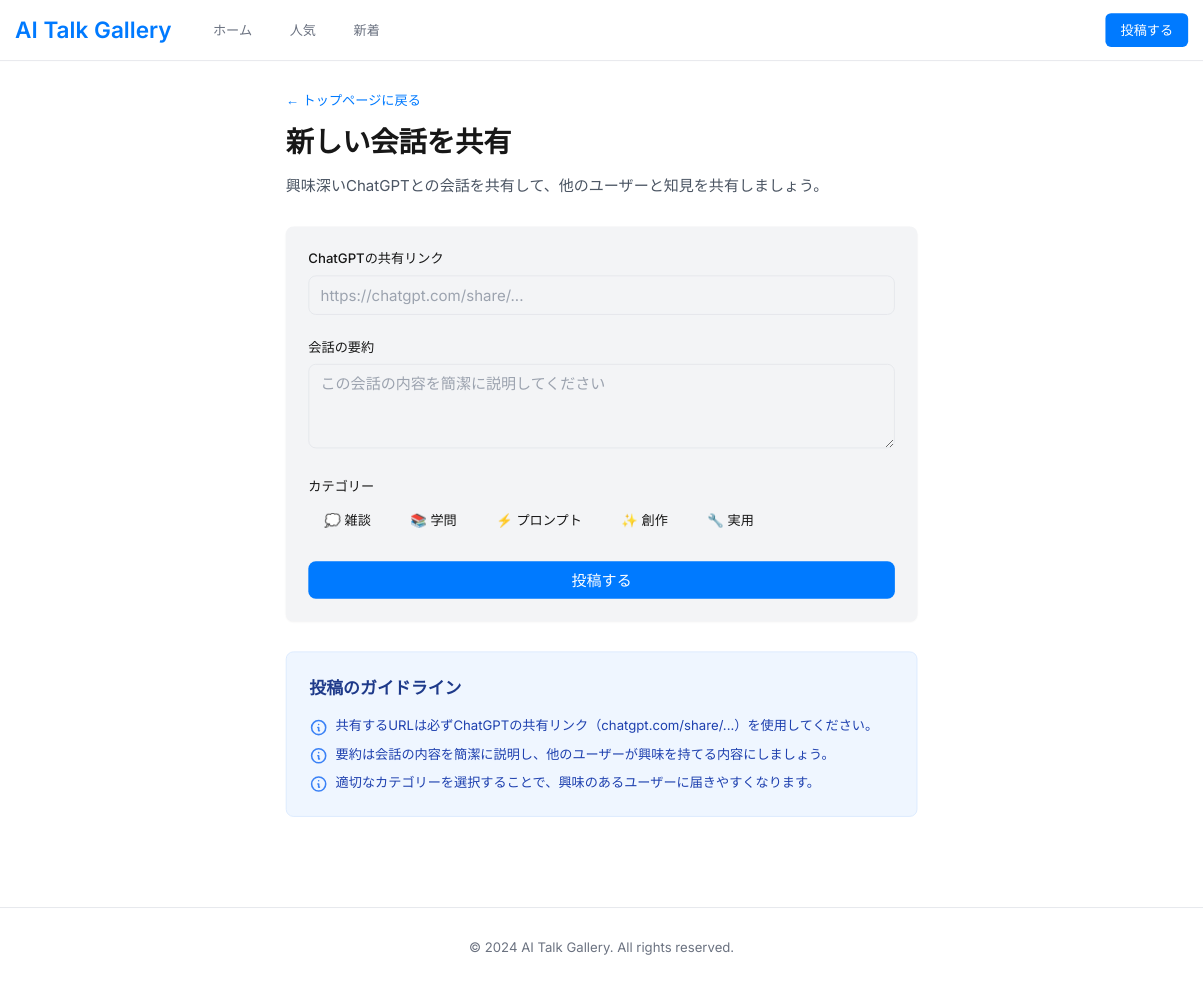
Repository: hayakawa1/ai-talk-gallery
Page: /posts/new
The author's editor kept a copy of each file at every save. The page is drawn from the files as they stood at one save, then again after the next save.
The browser window is 1280 px wide. The pictures show the whole page, at 94% of full size.
The project was rebuilt for these pictures with package versions that can differ from the ones it lists, and the page was loaded fresh each time. The framework's server and built-in components were replaced by stand-ins that run in the browser. Also part of the build but not shown: next.config.ts, src/components/category-filter.tsx, src/components/ui/toast.tsx.

Above is the page before, as saved 2024-12-17 02:19:36.

### src/app/layout.tsx
import './globals.css'
import type { Metadata } from 'next'
import { Inter } from 'next/font/google'
import { HeaderNav } from '@/components/header-nav'
import Link from 'next/link'

const inter = Inter({
  subsets: ['latin'],
  display: 'swap',
})

export const metadata: Metadata = {
  title: 'AI Talk Gallery',
  description: 'Share interesting AI conversations',
}

export default function RootLayout({
  children,
}: {
  children: React.ReactNode
}) {
  return (
    <html lang="ja">
      <body className={inter.className}>
        <div className="min-h-screen bg-white">
          <header className="sticky top-0 z-40 w-full border-b bg-white/95 backdrop-blur supports-[backdrop-filter]:bg-white/60">
            <div className="container mx-auto flex h-16 items-center justify-between px-4">
              <div className="flex items-center gap-8">
                <Link href="/" className="text-2xl font-semibold text-accent">
                  AI Talk Gallery
                </Link>
                <HeaderNav />
              </div>
              <div className="flex items-center gap-4">
                <Link
                  href="/posts/new"
                  className="inline-flex items-center justify-center rounded-md bg-accent px-4 py-2 text-sm font-medium text-white hover:bg-accent/90"
                >
                  投稿する
                </Link>
              </div>
            </div>
          </header>
          <main>
            {children}
          </main>
          <footer className="border-t py-8 mt-16">
            <div className="container mx-auto px-4 text-center text-sm text-gray-500">
              <p>© 2024 AI Talk Gallery. All rights reserved.</p>
            </div>
          </footer>
        </div>
      </body>
    </html>
  )
}

### src/app/posts/new/page.tsx
import Link from "next/link"
import { PostForm } from "@/components/post-form"

export default function NewPostPage() {
  return (
    <div className="container py-8">
      <div className="max-w-2xl mx-auto">
        {/* ヘッダー */}
        <div className="mb-8">
          <div className="flex items-center gap-2 text-sm text-gray-500 mb-4">
            <Link href="/" className="text-accent hover:underline">
              ← トップページに戻る
            </Link>
          </div>
          <h1 className="text-3xl font-bold mb-4">新しい会話を共有</h1>
          <p className="text-gray-600">
            興味深いChatGPTとの会話を共有して、他のユーザーと知見を共有しましょう。
          </p>
        </div>

        {/* フォーム */}
        <div className="bg-card rounded-lg p-6 shadow-sm">
          <PostForm />
        </div>

        {/* ガイドライン */}
        <div className="mt-8 bg-blue-50 border border-blue-100 rounded-lg p-6">
          <h2 className="text-lg font-semibold mb-4 text-blue-900">投稿のガイドライン</h2>
          <ul className="space-y-2 text-sm text-blue-800">
            <li className="flex items-start gap-2">
              <svg className="w-5 h-5 text-blue-500 mt-0.5 flex-shrink-0" fill="none" stroke="currentColor" viewBox="0 0 24 24">
                <path strokeLinecap="round" strokeLinejoin="round" strokeWidth={2} d="M13 16h-1v-4h-1m1-4h.01M21 12a9 9 0 11-18 0 9 9 0 0118 0z" />
              </svg>
              <span>
                共有するURLは必ずChatGPTの共有リンク（chatgpt.com/share/...）を使用してください。
              </span>
            </li>
            <li className="flex items-start gap-2">
              <svg className="w-5 h-5 text-blue-500 mt-0.5 flex-shrink-0" fill="none" stroke="currentColor" viewBox="0 0 24 24">
                <path strokeLinecap="round" strokeLinejoin="round" strokeWidth={2} d="M13 16h-1v-4h-1m1-4h.01M21 12a9 9 0 11-18 0 9 9 0 0118 0z" />
              </svg>
              <span>
                要約は会話の内容を簡潔に説明し、他のユーザーが興味を持てる内容にしましょう。
              </span>
            </li>
            <li className="flex items-start gap-2">
              <svg className="w-5 h-5 text-blue-500 mt-0.5 flex-shrink-0" fill="none" stroke="currentColor" viewBox="0 0 24 24">
                <path strokeLinecap="round" strokeLinejoin="round" strokeWidth={2} d="M13 16h-1v-4h-1m1-4h.01M21 12a9 9 0 11-18 0 9 9 0 0118 0z" />
              </svg>
              <span>
                適切なカテゴリーを選択することで、興味のあるユーザーに届きやすくなります。
              </span>
            </li>
          </ul>
        </div>
      </div>
    </div>
  )
}

### src/app/globals.css
@tailwind base;
@tailwind components;
@tailwind utilities;

:root {
  --header-height: 60px;
}

html {
  @apply h-full;
}

body {
  @apply h-full bg-white text-bolt-elements-textPrimary;
}

#root {
  @apply h-full w-full;
}

### src/components/header-nav.tsx
"use client"

import Link from "next/link"
import { usePathname } from "next/navigation"
import { cn } from "@/lib/utils"

const navigation = [
  { name: "ホーム", href: "/" },
  { name: "人気", href: "/popular" },
  { name: "新着", href: "/latest" },
]

export function HeaderNav() {
  const pathname = usePathname()

  return (
    <nav className="flex items-center space-x-4">
      {navigation.map((item) => (
        <Link
          key={item.name}
          href={item.href}
          className={cn(
            "px-3 py-2 text-sm font-medium rounded-md",
            pathname === item.href
              ? "bg-card text-bolt-elements-textPrimary"
              : "text-gray-500 hover:text-bolt-elements-textPrimary hover:bg-gray-50"
          )}
        >
          {item.name}
        </Link>
      ))}
    </nav>
  )
}

### src/components/post-form.tsx
"use client"

import { useState } from "react"
import { useForm } from "react-hook-form"
import { zodResolver } from "@hookform/resolvers/zod"
import { categories } from "@/components/category-filter"
import { postFormSchema, type PostFormData } from "@/lib/schemas"
import { Toast } from "@/components/ui/toast"

interface ToastState {
  message: string
  type: "success" | "error"
}

export function PostForm() {
  const [isSubmitting, setIsSubmitting] = useState(false)
  const [toast, setToast] = useState<ToastState | null>(null)
  const {
    register,
    handleSubmit,
    formState: { errors },
    reset,
  } = useForm<PostFormData>({
    resolver: zodResolver(postFormSchema),
  })

  const onSubmit = async (data: PostFormData) => {
    setIsSubmitting(true)
    try {
      const response = await fetch("/api/posts", {
        method: "POST",
        headers: {
          "Content-Type": "application/json",
        },
        body: JSON.stringify(data),
      })

      if (!response.ok) {
        throw new Error("投稿の作成に失敗しました")
      }

      reset()
      setToast({
        message: "投稿が完了しました",
        type: "success",
      })
    } catch (error) {
      setToast({
        message: error instanceof Error ? error.message : "投稿に失敗しました",
        type: "error",
      })
      console.error(error)
    } finally {
      setIsSubmitting(false)
    }
  }

  return (
    <>
      <form onSubmit={handleSubmit(onSubmit)} className="space-y-6">
        <div>
          <label htmlFor="url" className="block text-sm font-medium mb-2">
            ChatGPTの共有リンク
          </label>
          <input
            {...register("url")}
            type="url"
            id="url"
            placeholder="https://chatgpt.com/share/..."
            className="w-full px-3 py-2 bg-card rounded-lg border border-zinc-800 focus:outline-none focus:ring-2 focus:ring-accent"
          />
          {errors.url && (
            <p className="mt-1 text-sm text-red-500">{errors.url.message}</p>
          )}
        </div>

        <div>
          <label htmlFor="summary" className="block text-sm font-medium mb-2">
            会話の要約
          </label>
          <textarea
            {...register("summary")}
            id="summary"
            rows={3}
            placeholder="この会話の内容を簡潔に説明してください"
            className="w-full px-3 py-2 bg-card rounded-lg border border-zinc-800 focus:outline-none focus:ring-2 focus:ring-accent"
          />
          {errors.summary && (
            <p className="mt-1 text-sm text-red-500">{errors.summary.message}</p>
          )}
        </div>

        <div>
          <label className="block text-sm font-medium mb-2">カテゴリー</label>
          <div className="flex flex-wrap gap-2">
            {categories.map((category) => (
              <label
                key={category.name}
                className="inline-flex items-center"
              >
                <input
                  {...register("category")}
                  type="radio"
                  value={category.name}
                  className="sr-only"
                />
                <span className={`px-4 py-2 rounded-full text-sm font-medium cursor-pointer flex items-center gap-1 transition-colors ${
                  errors.category
                    ? "border border-red-500"
                    : "border border-transparent hover:bg-gray-50"
                } [&:has(input:checked)]:bg-accent [&:has(input:checked)]:text-white`}>
                  <span>{category.icon}</span>
                  <span>{category.name}</span>
                </span>
              </label>
            ))}
          </div>
          {errors.category && (
            <p className="mt-1 text-sm text-red-500">{errors.category.message}</p>
          )}
        </div>

        <button
          type="submit"
          disabled={isSubmitting}
          className="w-full px-4 py-2 bg-accent text-white rounded-lg hover:bg-accent/90 disabled:opacity-50"
        >
          {isSubmitting ? "投稿中..." : "投稿する"}
        </button>
      </form>
      {toast && (
        <Toast
          message={toast.message}
          type={toast.type}
          onClose={() => setToast(null)}
        />
      )}
    </>
  )
}

### src/lib/utils.ts
import { type ClassValue, clsx } from "clsx"
import { twMerge } from "tailwind-merge"

export function cn(...inputs: ClassValue[]) {
  return twMerge(clsx(inputs))
}

export async function fetchPageTitle(url: string): Promise<string> {
  try {
    const response = await fetch(url)
    const html = await response.text()
    const titleMatch = html.match(/<title>(.*?)<\/title>/)
    return titleMatch ? titleMatch[1] : "Untitled Chat"
  } catch (error) {
    console.error("Error fetching title:", error)
    return "Untitled Chat"
  }
}

### src/lib/schemas.ts
import { z } from "zod"

export const postFormSchema = z.object({
  url: z.string()
    .url("有効なURLを入力してください")
    .startsWith("https://chatgpt.com/share/", "ChatGPTの共有リンクを入力してください"),
  summary: z.string()
    .min(10, "要約は10文字以上で入力してください")
    .max(200, "要約は200文字以内で入力してください"),
  category: z.enum(["雑談", "学問", "プロンプト", "創作", "実用"], {
    required_error: "カテゴリーを選択してください",
  }),
})

export type PostFormData = z.infer<typeof postFormSchema>

### tailwind.config.js
/** @type {import('tailwindcss').Config} */
module.exports = {
  darkMode: 'class',
  content: [
    './src/pages/**/*.{js,ts,jsx,tsx,mdx}',
    './src/components/**/*.{js,ts,jsx,tsx,mdx}',
    './src/app/**/*.{js,ts,jsx,tsx,mdx}',
  ],
  theme: {
    extend: {
      colors: {
        'bolt-elements-background-depth-1': '#FFFFFF',
        'bolt-elements-textPrimary': '#171717',
        accent: '#007AFF',
        'card': '#F3F4F6',
        'card-hover': '#E5E7EB',
      },
      borderColor: {
        'zinc-800': '#E5E7EB',
      },
      container: {
        center: true,
        padding: {
          DEFAULT: '1rem',
          sm: '1.5rem',
          lg: '2rem',
        },
        screens: {
          sm: '640px',
          md: '768px',
          lg: '1024px',
          xl: '1280px',
          '2xl': '1440px',
        },
      },
      keyframes: {
        shimmer: {
          '100%': {
            transform: 'translateX(100%)',
          },
        },
      },
      animation: {
        shimmer: 'shimmer 1.5s infinite',
      },
    },
  },
  plugins: [
    require('@tailwindcss/typography'),
  ],
}

After the next save:
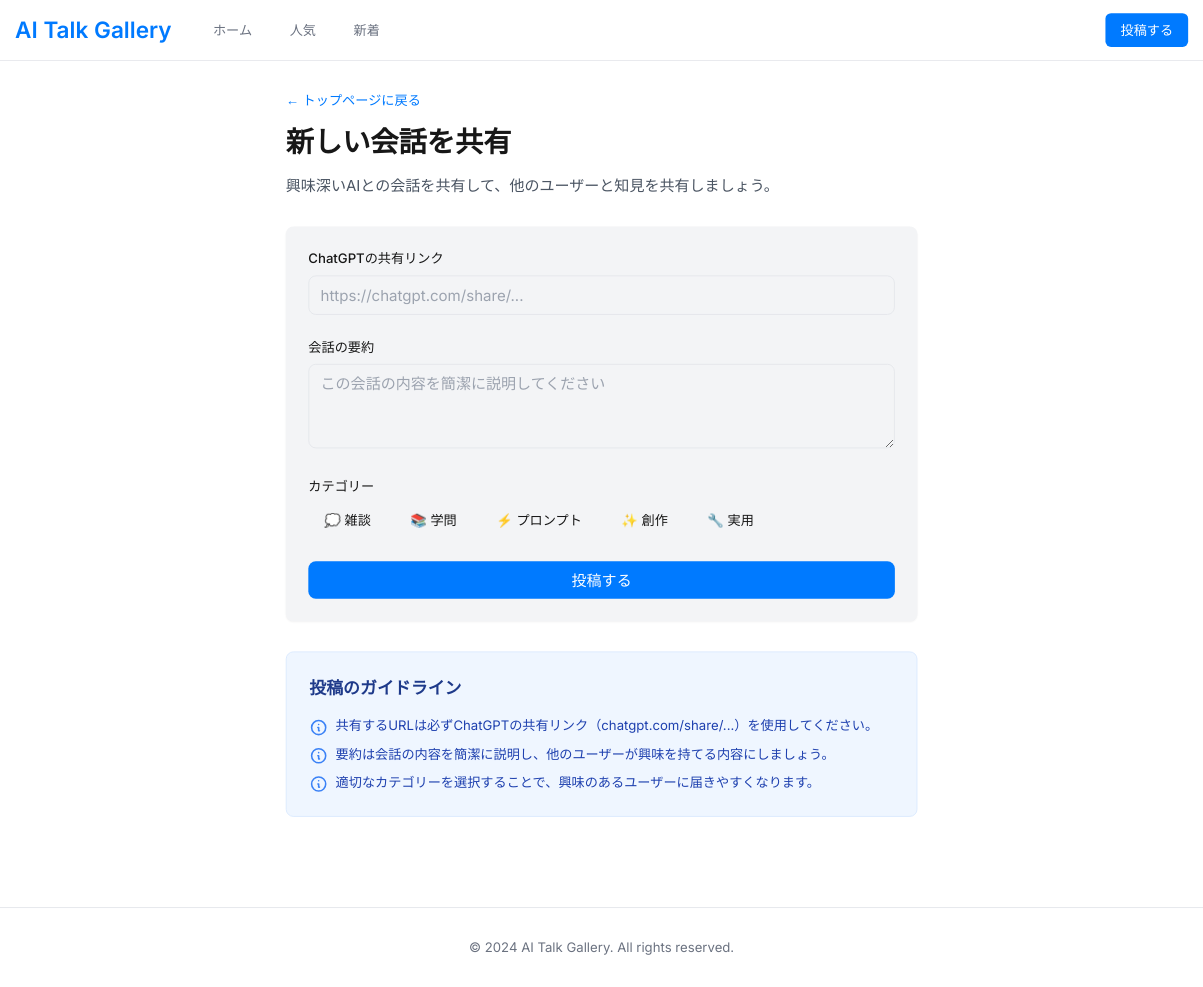
Saved 17 min 44 s later.
--- a/src/app/posts/new/page.tsx
+++ b/src/app/posts/new/page.tsx
@@ -14,7 +14,7 @@
           </div>
           <h1 className="text-3xl font-bold mb-4">新しい会話を共有</h1>
           <p className="text-gray-600">
-            興味深いChatGPTとの会話を共有して、他のユーザーと知見を共有しましょう。
+            興味深いAIとの会話を共有して、他のユーザーと知見を共有しましょう。
           </p>
         </div>
 
